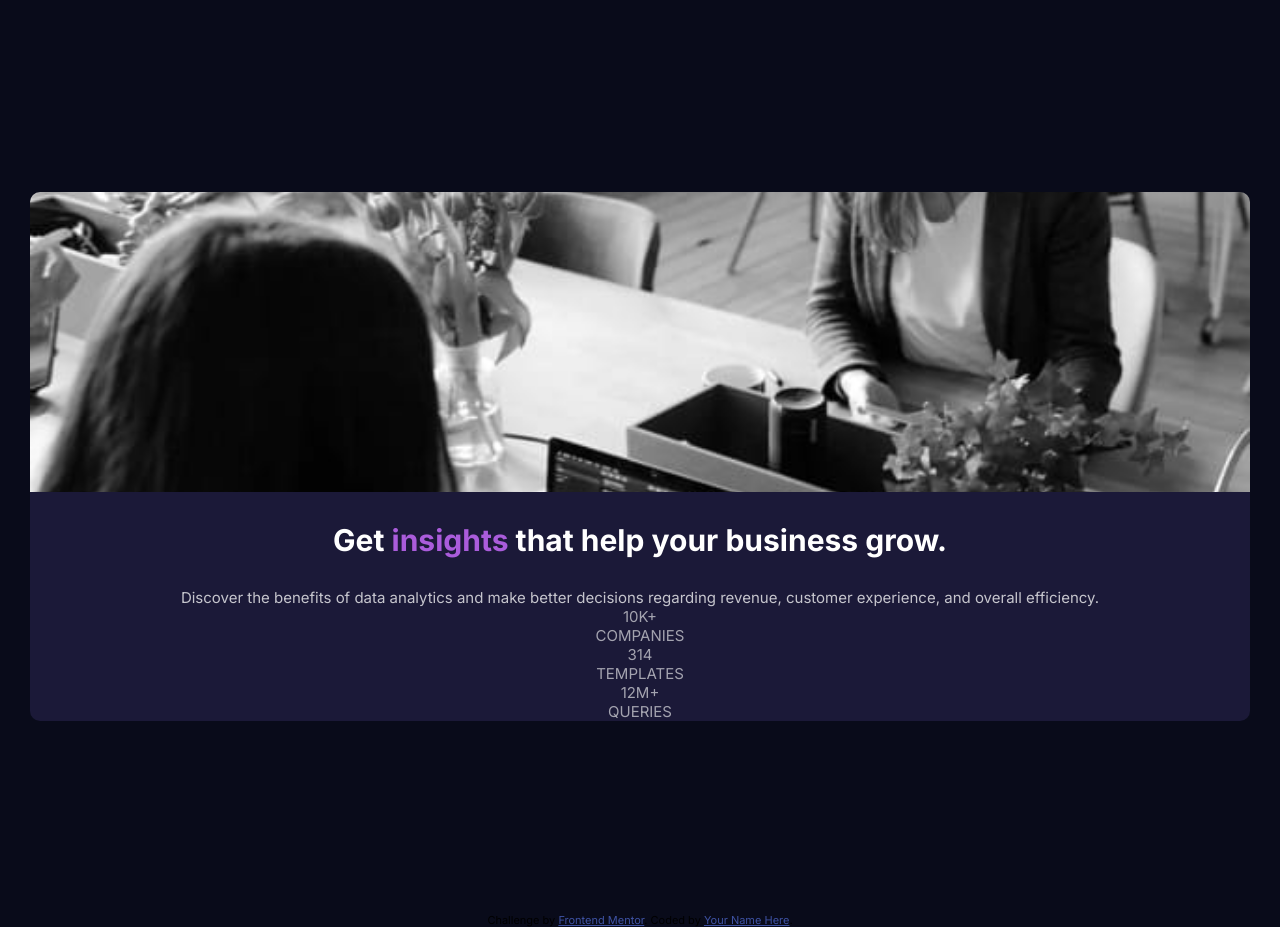
Repository: DejV44/stats-preview-card-component-main
Page: index.html
An editor plug-in stored every save of this project. The page is shown before and after the next save, followed by the edit.
The browser window is 1280 px wide. The pictures show the whole page.
The style sheet was rebuilt from its Sass, Less or Tailwind sources for each picture, by a compiler version that may differ from the author's.

Above is the page before, as saved 2021-07-05 08:56:04.

After the next save:
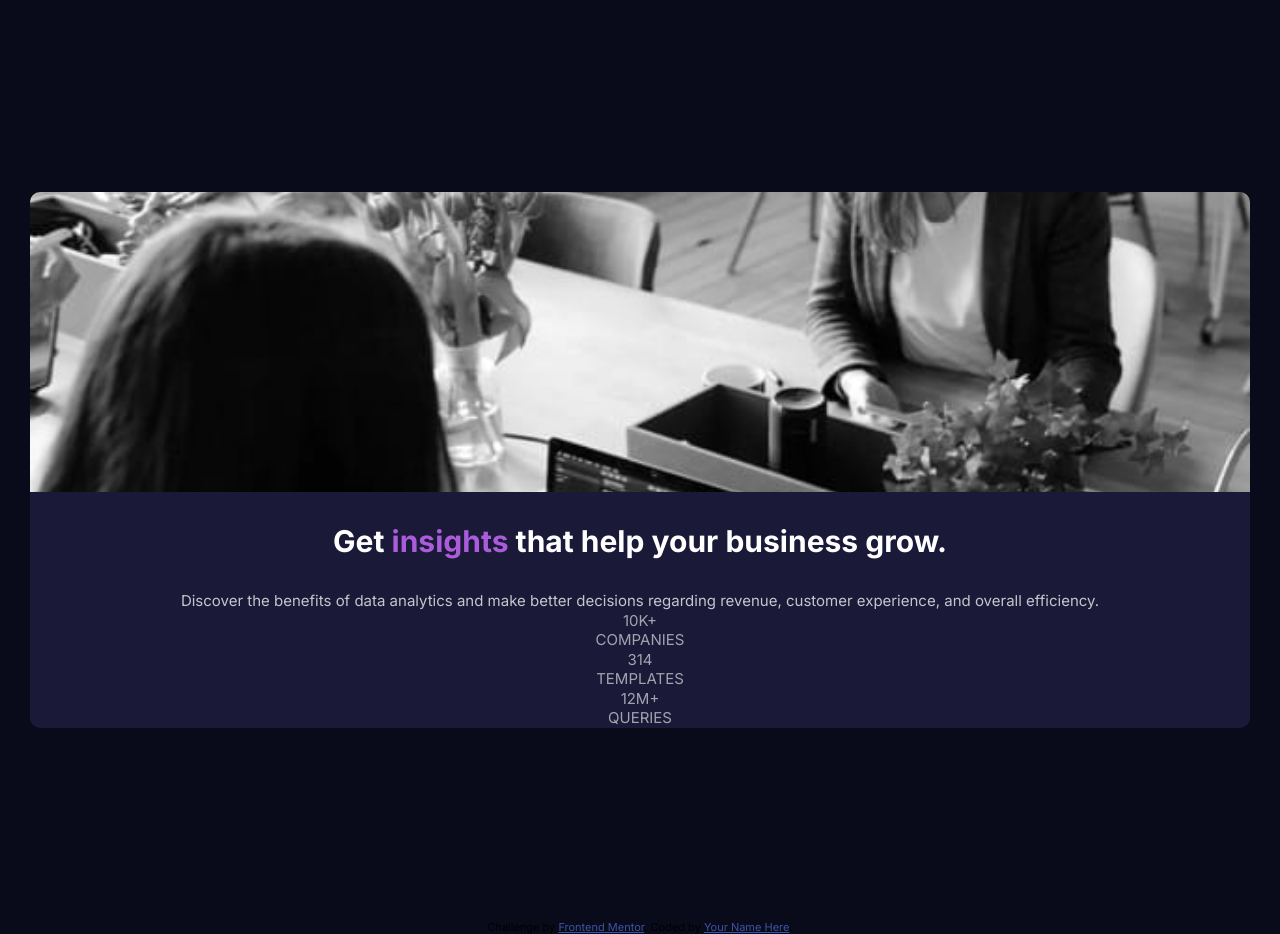
Saved 47 s later.
--- a/css/style.scss
+++ b/css/style.scss
@@ -38,6 +38,7 @@ body {
         border-radius: 0 0 10px 10px;
         background: $cardBackground;
         text-align: center;
+        line-height: 1.3;
         h1 {
             margin: 0 auto;
             padding: 30px 25px;
